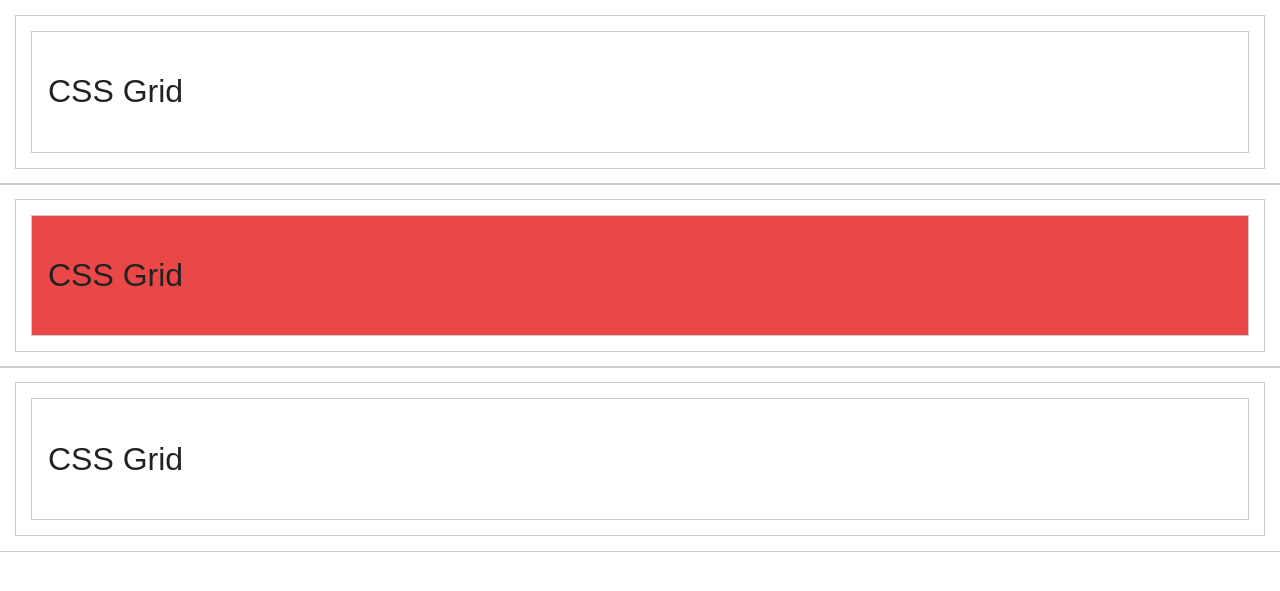
Repository: anoncoderin/madhu_kushal_html_layout
Page: metrosite_week4hw/index.html
These files come from the project's save history. The page is drawn as it stood at one moment and after the next save; the edit follows.
The browser window is 1280 px wide. The pictures show the whole page.

Above is the page before, as saved 2023-01-27 22:54:39.

After the next save:
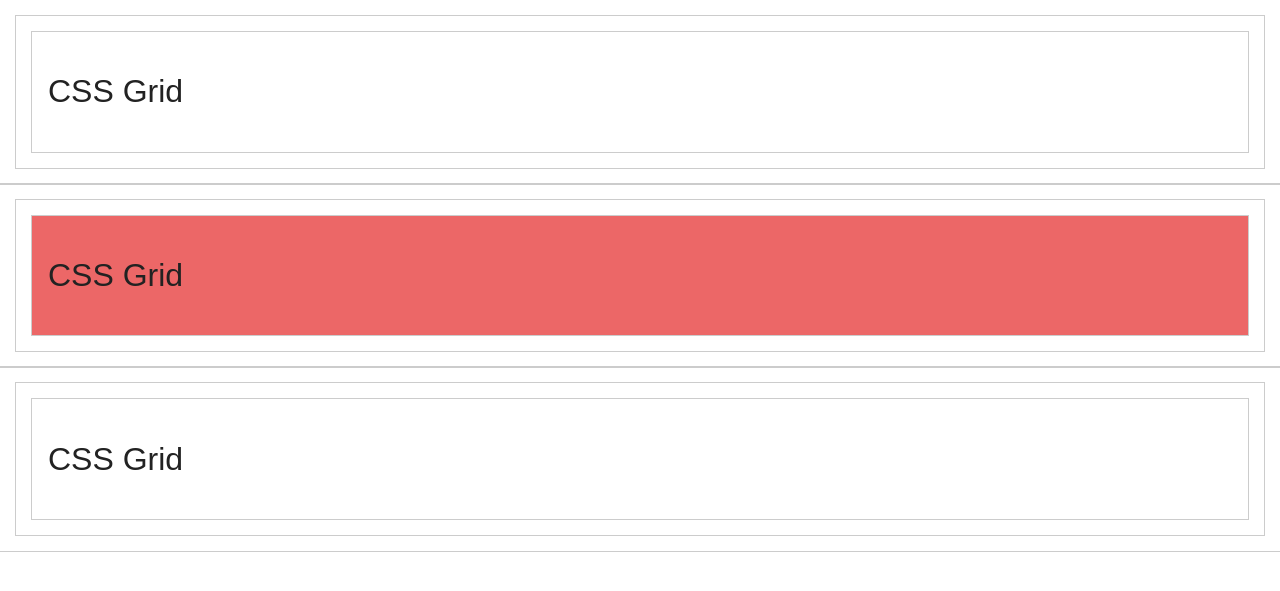
Saved 4 s later.
--- a/metrosite_week4hw/css/main.css
+++ b/metrosite_week4hw/css/main.css
@@ -78,7 +78,7 @@
 }
 .col{
   position: relative;
-  background-color: rgb(234, 72, 72);
+  background-color: rgb(236, 103, 103);
 }
 
 /*
